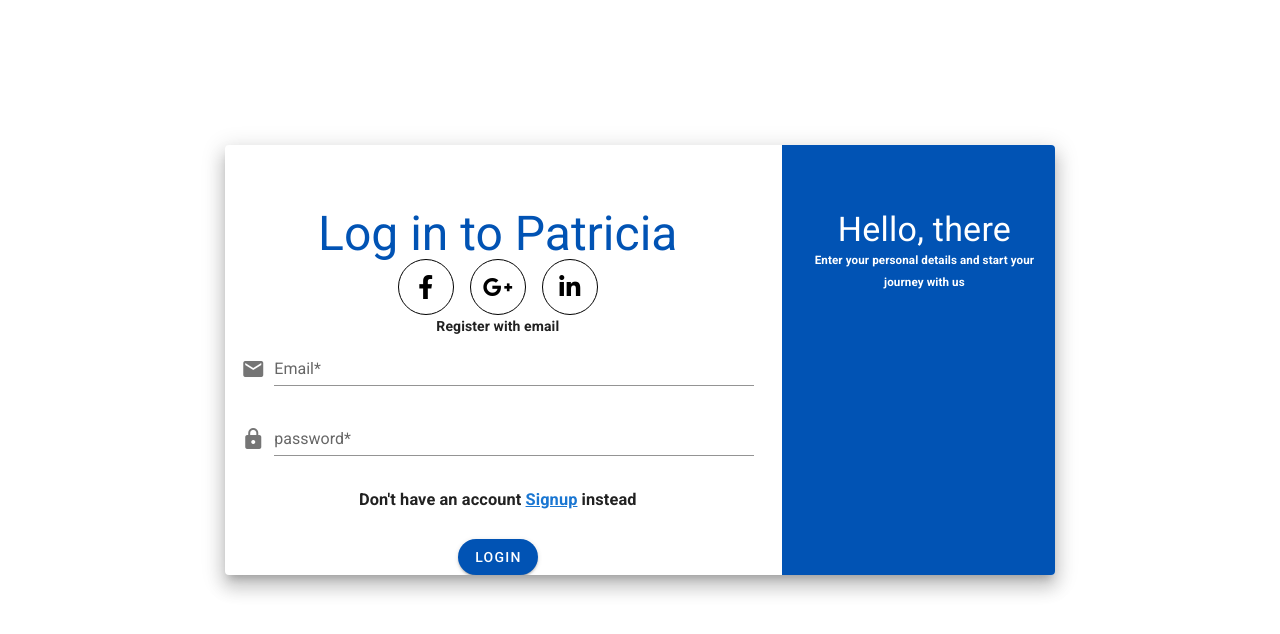
Repository: akinsikuoluwafemi/Pats_userAuth
Page: /login
An editor plug-in stored every save of this project. The page is shown before and after a run of saves, followed by the edit.
The browser window is 1280 px wide. The pictures show the whole page.
The project was rebuilt for these pictures with package versions that can differ from the ones it lists, and the page was loaded fresh each time. Also part of the build but not shown: vue.config.js.

Above is the page before, as saved 2020-11-05 22:12:52.

After the next 4 saves:
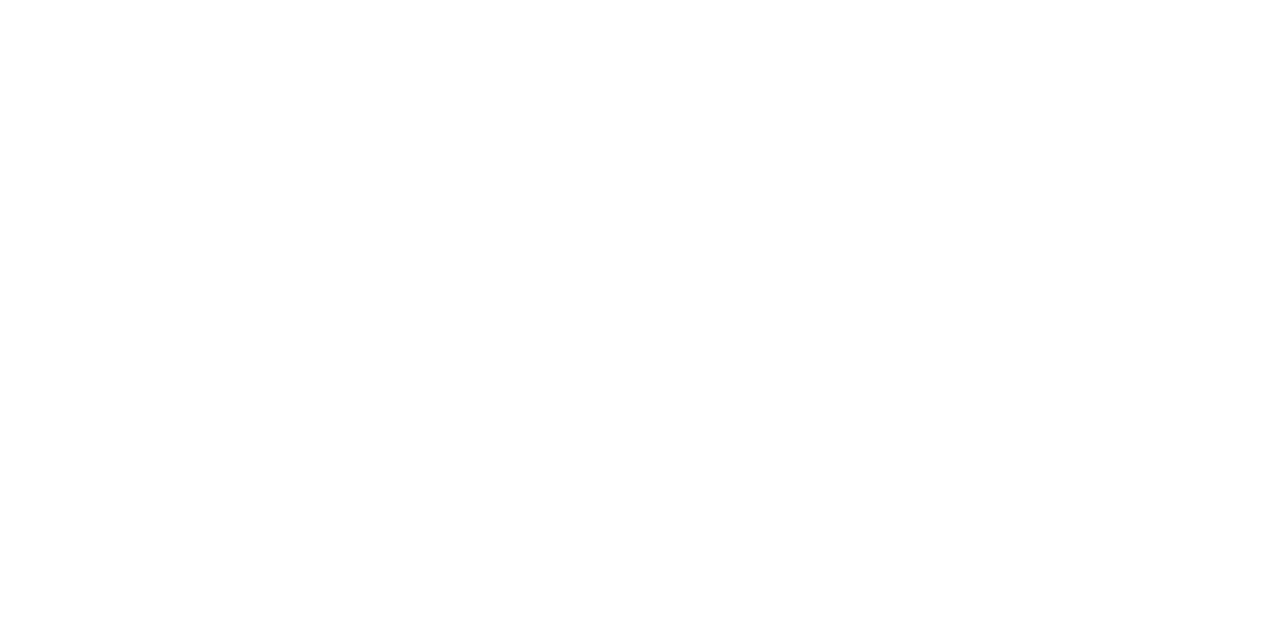
Console error: ReferenceError: fetchUsers is not defined
The 4 saves are shown as one change because 1 did not build or start and some came seconds apart.
The last was saved 15 s later.
--- a/src/store/modules/auth.js
+++ b/src/store/modules/auth.js
@@ -7,7 +7,7 @@
 }
 
 const actions = {
-
+    fetchUsers
 }
 
 const mutations = {}

After the 5 saves that followed:
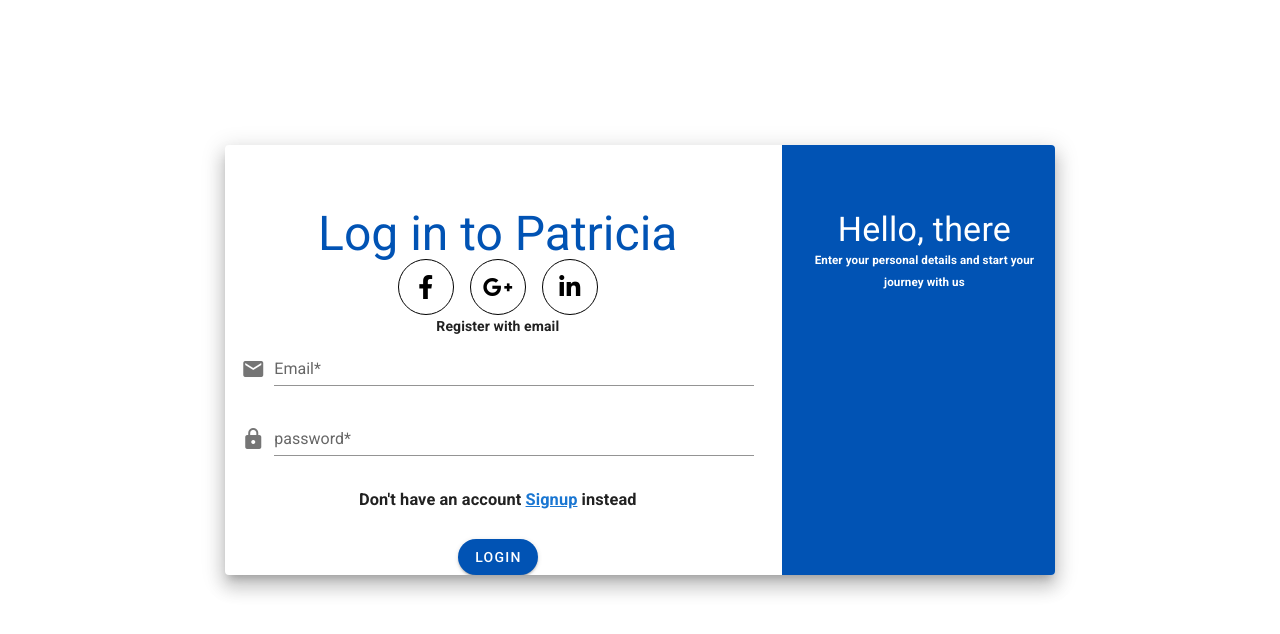
The error is gone.
The 5 saves are shown as one change because they came seconds apart.
The last was saved 13 s later.
--- a/src/store/modules/auth.js
+++ b/src/store/modules/auth.js
@@ -7,7 +7,9 @@
 }
 
 const actions = {
-    fetchUsers
+    fetchUsers({commit}) {
+
+    }
 }
 
 const mutations = {}
